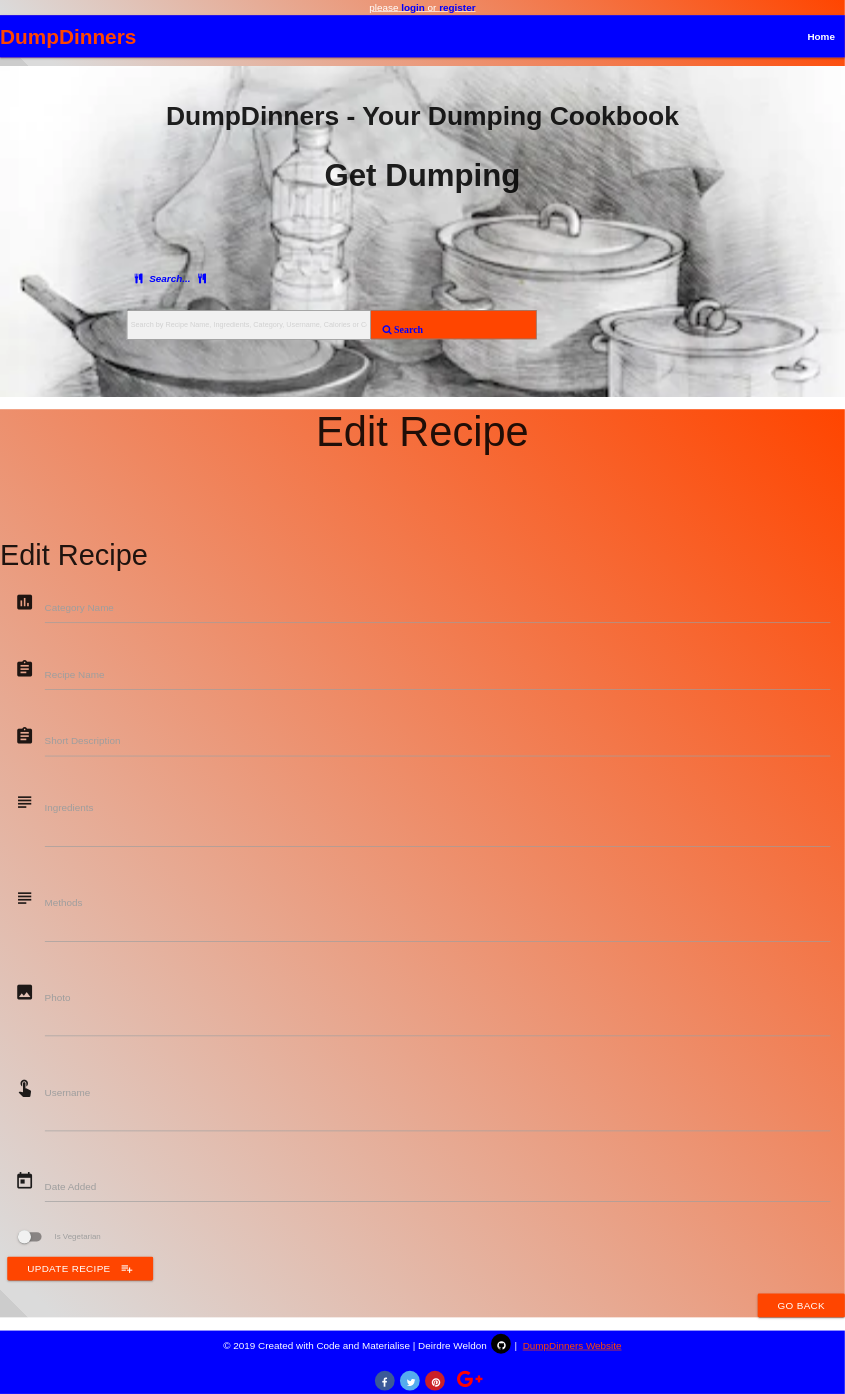
Repository: Deirdre18/dumpdinners-recipe-app
Page: templates/editrecipe.html
The author's editor kept a record of every edit. The page is drawn from the files as they stood at one moment, then again after the next edit.
The browser window is 1280 px wide. The pictures show the whole page, at 66% of full size.
Some web libraries are served in a nearby version. The page is served by the project's application, run on Flask 3 (app.py). The template is opened directly, without the code that normally fills it, so the values that code supplies are empty.

Above is the page before.

### templates/editrecipe.html
{% extends 'base.html'%} {% block content %}

<h1>Edit Recipe</h1>
{% with messages = get_flashed_messages() %} {% if messages %}
<ul>
    {% for message in messages %}
    <li class="alert-warning">{{ message }}</li>
    {% endfor %}
</ul>
{% endif %} {% endwith %}

<h3>Edit Recipe</h3>
<div class="row">
    <form action="{{ url_for('update_recipe', recipe_id=recipe._id) }}" method="POST" class="col s12">
        <div class="row">
            <div class="input-field col s12">
                <i class="material-icons prefix">poll</i>
                <input id="category_name" name="category_name" type="text" class="validate" value="{{recipe.category_name}}">
                <label for="icon_prefix">Category Name</label>
            </div>
        </div>
        <div class="row">
            <div class="input-field col s12">
                <i class="material-icons prefix">assignment</i>
                <input id="recipe_name" name="recipe_name" type="text" class="validate" value="{{recipe.recipe_name}}">
                <label for="icon_prefix">Recipe Name</label>
            </div>
        </div>
        <div class="row">
            <div class="input-field col s12">
                <i class="material-icons prefix">assignment</i>
                <input id="short_description" name="short_description" type="text" class="validate" value="{{recipe.short_description}}">
                <label for="icon_prefix">Short Description</label>
            </div>
        </div>
        <div class="row">
            <div class="input-field col s12">
                <i class="material-icons prefix">subject</i>
                <textarea name="ingredients" id="ingredients" class="materialize-textarea">{{recipe.ingredients}}</textarea>
                <label for="icon_prefix">Ingredients</label>
            </div>
        </div>


        <div class="row">
            <div class="input-field col s12">
                <i class="material-icons prefix">subject</i>
                <textarea name="methods" id="methods" class="materialize-textarea">{{recipe.methods}}</textarea>
                <label for="icon_prefix">Methods</label>
            </div>
        </div>
        <div class="row">
            <div class="input-field col s12">
                <i class="material-icons prefix">photo</i>
                <textarea name="image" id="image" class="materialize-textarea">{{recipe.image}}</textarea>
                <label for="icon_prefix">Photo</label>
            </div>
        </div>


        <div class="row">
            <div class="input-field col s12">
                <i class="material-icons prefix">touch_app</i>
                <textarea name="username" id="username" class="materialize-textarea">{{recipe.username}}</textarea>
                <label for="username">Username</label>
            </div>
        </div>

        <div class="row">
            <div class="input-field col s12">
                <i class="material-icons prefix">today</i>
                <input id="date_added" name="date_added" type="text" class="datepicker" value="{{recipe.date_added}}">
                <label for="icon_prefix">Date Added</label>
            </div>
        </div>


        <div class="row">
            <div class="switch">
                <label>
                    {% if recipe.is_vegetarian %}
                          <input id="is_vegetarian" name="is_vegetarian" type="checkbox" checked>
                    {% else %}
                         <input id="is_vegetarian" name="is_vegetarian" type="checkbox">
                    {% endif %}
                  <span class="lever"></span>
                  Is Vegetarian
                </label>
            </div>
        </div>
        <div class="row">
            <button class="btn waves-effect waves-light" type="submit" style="background-color:orangered" name="action">Update Recipe
                <i class="material-icons right">playlist_add</i>
             </button>
        </div>
    </form>
    <br>
    <button onclick="goBack()" class="waves-effect waves-light btn" style="background-color:orangered;float:right">Go Back</button></i>
</div>

{% endblock %}

<script src="https://cdnjs.cloudflare.com/ajax/libs/jquery/3.2.1/jquery.min.js"></script>
<script type="text/javascript">
    $(document).ready(function() {
        date_added = Date.parse('{{recipe.date_added}}');
        $('#date_added').pickadate('picker').set('select', date_added, { format: 'dd/mm/yyyy' }).trigger('change');
    });
</script>

### app.py
import os
import re
from flask import Flask, render_template, redirect, request, url_for, session, flash
import json
from flask_pymongo import PyMongo
import pymongo
from pymongo import MongoClient
from bson.objectid import ObjectId


from werkzeug.security import generate_password_hash, check_password_hash


app = Flask(__name__)

app.secret_key = "randomstring123"



if app.config['DEBUG'] == True:
    from config import dbconfig
    app.config["MONGO_DBNAME"] = 'dumpdinners'
    app.config["MONGO_URI"] = dbconfig()
else:
    app.config['MONGO_URI'] = os.environ.get("MONGO_URI")
    app.config['MONGO_DBNAME'] = os.environ.get("MONGO_DBNAME")

mongo = PyMongo(app)


@app.route('/')
@app.route('/index')
def index():
    """Home page the gets 4 recipes from DB that have been viewed the most"""
    four_recipes = mongo.db.recipes.find().limit(4)
    return render_template('allrecipes1.html', recipes=four_recipes)

@app.route('/allrecipes')
def allrecipes():
    recipes = mongo.db.recipes.find()
    return render_template('allrecipes.html', recipes=recipes)


# took idea of display only four recipes from another student at code institute (spence barriball) and looked at code to help with this - https://github.com/5pence/recipeGlut
@app.route('/allrecipes1')
def allrecipes1():
    recipes = mongo.db.recipes.find()
    four_recipes = mongo.db.recipes.find().limit(4)
    return render_template('allrecipes1.html', recipes=four_recipes)

@app.route('/add_recipe')
def add_recipe():
    recipes = mongo.db.recipes.find()
    return render_template('addrecipe.html',
        recipes=mongo.db.categories.find())

@app.route('/insert_recipe', methods=['POST'])
def insert_recipe():
    recipes = mongo.db.recipes
    recipes.insert_one(request.form.to_dict())
    flash ("Thank you, your recipe has been inserted!")
    return render_template('recipe.html', recipe=recipe)

@app.route('/edit_recipe/<recipe_id>', methods=['GET', 'POST'])
def edit_recipe(recipe_id):
    """Allows logged in user to edit their own recipes"""
    recipe_db = mongo.db.recipes.find_one_or_404({'_id': ObjectId(recipe_id)})
    all_categories =  mongo.db.categories.find()
    if request.method == 'GET':

        return render_template('editrecipe.html', recipe=recipe_db, categories=all_categories)

# referred to this article for advice on 'views' - https://stackoverflow.com/questions/5782311/mongodb-inc-embedded-value-syntax

@app.route('/update_recipe/<recipe_id>', methods=["POST"])
def update_recipe(recipe_id):
    recipes = mongo.db.recipes
    recipes.update( {'_id': ObjectId(recipe_id)},
    {
        '$set': {

        'recipe_name':request.form.get('recipe_name'),
        'ingredients':request.form.get('ingredients'),
        'image': request.form.get('image'),
        'category_name': request.form.get('category_name'),
        'username': request.form.get('username'),
        'methods': request.form.get('methods'),
        'short_description': request.form.get('short_description'),
        'date_added': request.form.get('date_added'),
        'is_vegetarian': request.form.get('is_vegetarian'),
        'views':1,
        'likes':1

        }
    })
    return redirect(url_for('allrecipes'))

@app.route('/delete_recipe/<recipe_id>')
def delete_recipe(recipe_id):
    mongo.db.recipes.remove({'_id': ObjectId(recipe_id)})
    return redirect(url_for('allrecipes'))

# referred to code from another student (spence barriball) at code institute and looked at code to help with search routing - https://github.com/5pence/recipeGlut
@app.route('/search')
def search():
    """Provides logic for search bar"""
    orig_query = request.args['query']
    # using regular expression setting option for any case
    query = {'$regex': re.compile('.*{}.*'.format(orig_query)), '$options': 'i'}
    # find instances of the entered word in title, tags or ingredients
    results = mongo.db.recipes.find({
        '$or': [
            {'recipe_name': query},
            {'ingredients': query},
            {'recipe_name': query},
            {'category_name': query},
            {'calories': query},
            {'cooking_time': query}
        ]
    })
    return render_template('search.html', query=orig_query, results=results)


@app.route('/recipe/<recipe_id>')
def recipe(recipe_id):

    """Shows full recipe and increments view"""
    mongo.db.recipes.find_one_and_update(
        {'_id': ObjectId(recipe_id)},
        { '$inc': { 'views': 1}}
    )
    recipe_db = mongo.db.recipes.find_one_or_404({'_id': ObjectId(recipe_id)})
    return render_template('recipe.html', recipe=recipe_db)

# routing for likes

@app.route('/likes/<recipe_id>')
def likes(recipe_id):

    """Shows full recipe and increments view"""
    mongo.db.recipes.find_one_and_update(
        {'_id': ObjectId(recipe_id)},
        { '$inc': { 'likes': 1}}
    )
    recipe_db = mongo.db.recipes.find_one_or_404({'_id': ObjectId(recipe_id)})
    return redirect(url_for('allrecipes1'))

# referred to code for login routing from another student (deborah thompsonl) at code institute and looked at code to help with search routing - https://github.com/debbiect246/recipe-app

@app.route('/login', methods=["GET","POST"])
def login():
    if request.method == 'POST':
        login_user = mongo.db.register.find_one({'username': request.form['username']})
        form = request.form
        if login_user:
            if(form["password"] == login_user["password"]): # if password correct
                session['username'] = login_user["username"]
                return redirect(url_for('allrecipes',register_id = login_user["_id"]))
            else: # and if password is not correct
               flash("Incorrect password, please try again or register")
        else:# if user does not exist
            flash("User does not exist")
            return redirect(url_for('register'))
    return render_template('login.html')


#Copied routing for register from Deborah Thompson, student at Code Institute for login routing - #https://github.com/debbiect246/recipe-app#

@app.route('/register', methods=['POST','GET'])
def register():
    if request.method == 'POST':
        register = mongo.db.register
        register_id = register.insert_one(request.form.to_dict())
        # print(register)
        object_id = register_id.inserted_id
        flash("Thank you for registering, please login to view more recipes and add your own!")
        return redirect(url_for('login'))
    return render_template('register.html')

@app.route('/logout')
def logout():
    """Clears session after user is logged out"""

    session.clear()
    flash ("Thank you, hope to see you again soon!")
    return redirect(url_for('login'))

if __name__ == '__main__':
    app.run(host=os.environ.get('IP'),
        port=int(os.environ.get('PORT')))

### static/styles.css
.card-body {
    width: 75%;
    margin-left: 0;
    left: auto;
    right: auto;
    white-space: pre-wrap;
}

#search [type="search"] [name="query"]
{
     height: 30px;
     width: 50px;
}


h3 {margin-top: 10%}

.main { margin-top: 20px;}

.card-image {width:25%;}

h5 .lead-search {margin-bottom: 0}

p .heading {margin-top: 30%;}


.card-image {white-space: pre-wrap;
            margin-bottom: -80px;
}


h1 {text-align: center;
    margin-top: 20px;

}

p {margin-top: 20%;}



.nav-wrapper {background-color: blue;}

#Add {color: indigo;
}

#View {color: indigo;
}

.brand-logo{text-align:left;}

.btn_small {
    height: 24px;
    width: 60px;
    line-height: 24px;
    margin: 5px 5px;
    padding: 0 0.5em;
}

Loaded but not shown: templates/base.html (311 lines, source omitted); static/social-share-kit.css (no copy from this time; the picture is the same without it)

After the next edit:
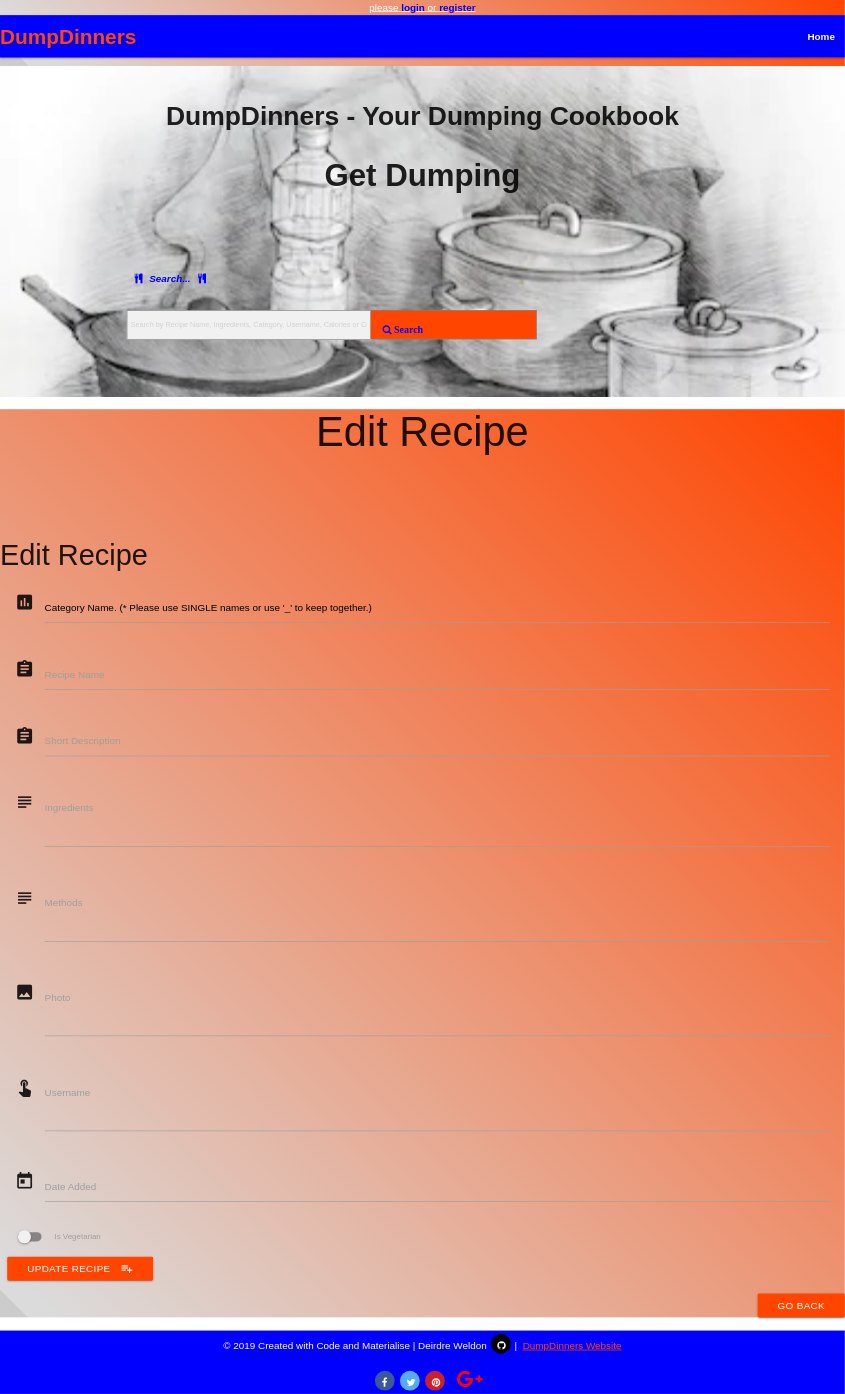
The edit:
--- a/templates/editrecipe.html
+++ b/templates/editrecipe.html
@@ -16,7 +16,7 @@
             <div class="input-field col s12">
                 <i class="material-icons prefix">poll</i>
                 <input id="category_name" name="category_name" type="text" class="validate" value="{{recipe.category_name}}">
-                <label for="icon_prefix">Category Name</label>
+                <label for="icon_prefix" style="color:black">Category Name.  (* Please use SINGLE names or use '_' to keep together.)</label>
             </div>
         </div>
         <div class="row">
